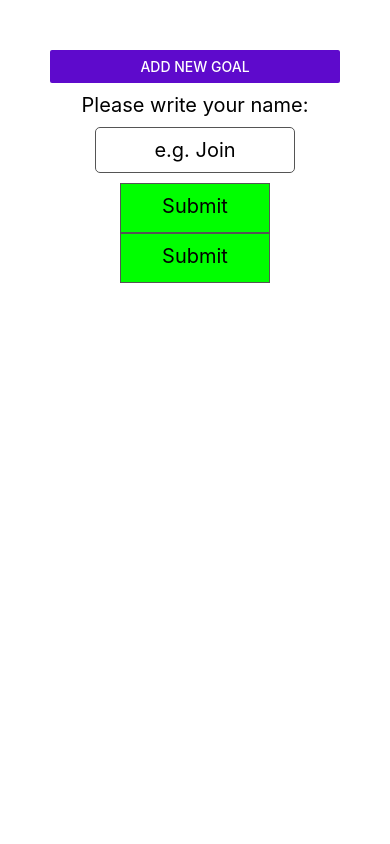
Repository: ntu34543/React-Native-Example1
Screen: /
These files come from the project's save history. The screen is drawn as it stood at one moment and after the next save; the edit follows.
The app was drawn by React Native's web renderer in a window 390 px wide. The project was rebuilt for these pictures with package versions that can differ from the ones it lists, and the page was loaded fresh each time. Also part of the build but not shown: components/Goalltem.js.

Above is the screen before, as saved 2022-09-12 16:15:15.

After the next save:
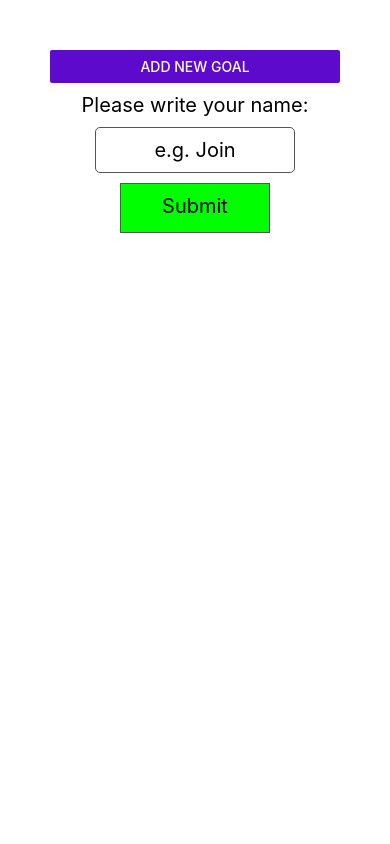
Saved 8 s later.
--- a/App.js
+++ b/App.js
@@ -77,13 +77,13 @@ export default function App() {
               );
             }}
           /> */}
-          <TouchableOpacity
+          {/* <TouchableOpacity
             style={styles.button}
             onPress={onPressHandler}
             activeOpacity={0.5}
           >
             <Text style={styles.text}>{submitted ? "Clear" : "Submit"}</Text>
-          </TouchableOpacity>
+          </TouchableOpacity> */}
           {submitted ? <Text>You are registered as {name}</Text> : null}
           {/* <Text style={styles.text}>You are registered as {name}</Text> */}
           <Pressable style={styles.button}
